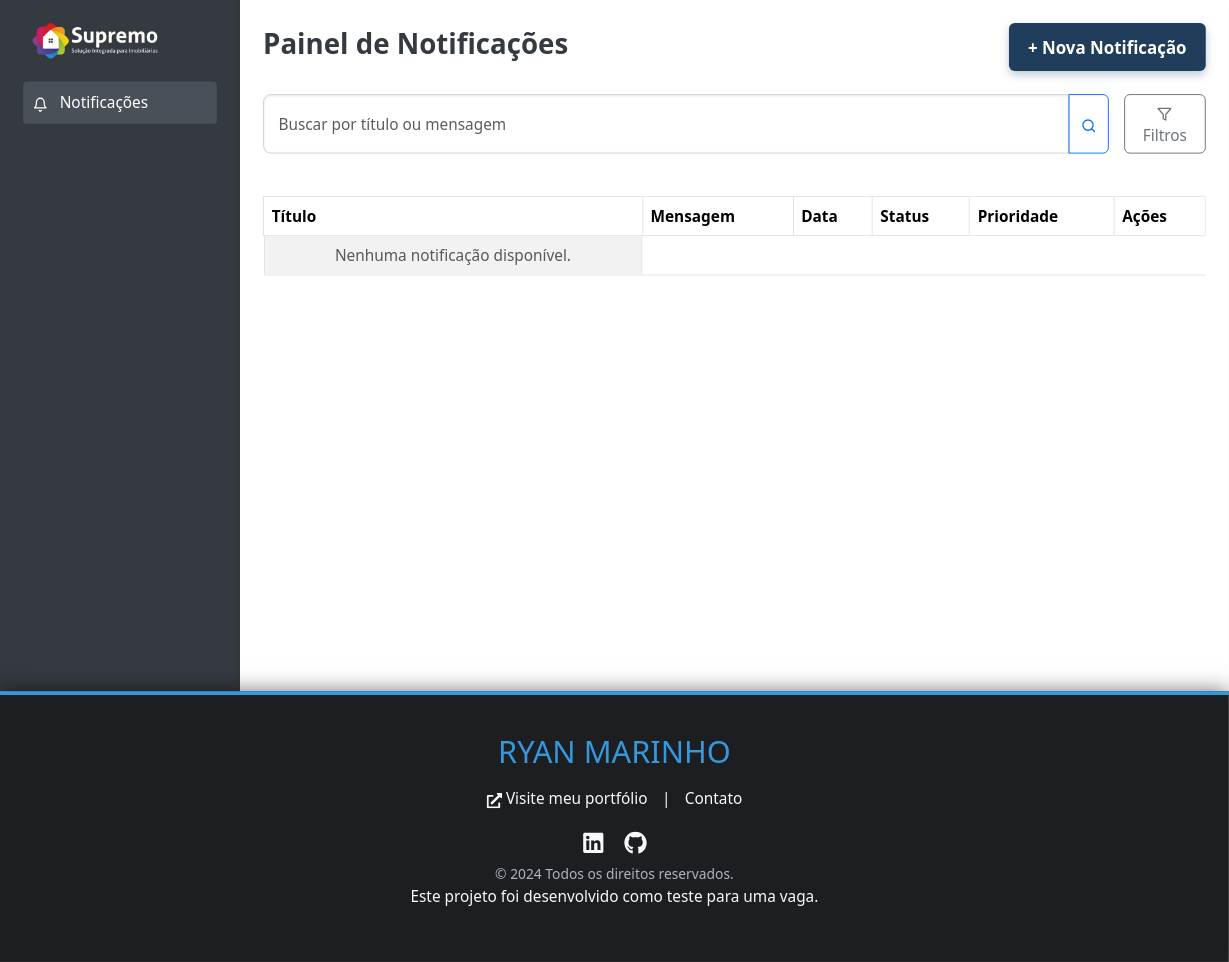
Repository: ryanmarinhodev/Supremo-teste-tecnico
Page: /notifications
An editor plug-in stored every save of this project. The page is shown before and after the next save, followed by the edit.
The browser window is 1280 px wide. The pictures show the whole page, at 96% of full size.
The project was rebuilt for these pictures with package versions that can differ from the ones it lists, and the page was loaded fresh each time. Also part of the build but not shown: src/App.css, src/Components/Login/index.jsx.

Above is the page before, as saved 2024-11-07 20:01:20.

### src/App.js
import { BrowserRouter, Routes, Route } from "react-router-dom";
import "./App.css";
import Login from "./Components/Login";
import NotificationsPage from "./Components/Notifications/homeNotification";

const App = () => {
  return (
    <BrowserRouter>
      <Routes>
        <Route path="/" element={<Login />} />
        <Route path="/notifications" element={<NotificationsPage />} />
      </Routes>
    </BrowserRouter>
  );
};

export default App;

### src/Components/Notifications/homeNotification.jsx
import React, { useState } from "react";
import Menu from "./menu";
import Buscar from "./buscar";
import TabelaNotificacoes from "./tabelaNotificacoes";
import ModalNotificacao from "./modalNotificacao";
import Footer from "./footer";
import "./notification.css";
import { Button } from "react-bootstrap";

const HomeNotification = () => {
  const [notifications, setNotifications] = useState([]);
  const [showModal, setShowModal] = useState(false);
  const [search, setSearch] = useState("");
  const [currentNotification, setCurrentNotification] = useState({
    id: null,
    title: "",
    message: "",
    date: "",
    status: "Não Lida",
    priority: "Normal",
  });

  const getCurrentDate = () => {
    const today = new Date();
    return today.toISOString().split("T")[0];
  };

  const openModal = (
    notification = {
      title: "",
      message: "",
      date: getCurrentDate(),
      status: "Não Lida",
      priority: "Normal",
    }
  ) => {
    setCurrentNotification(notification);
    setShowModal(true);
  };

  const closeModal = () => {
    setShowModal(false);
    setCurrentNotification({
      id: null,
      title: "",
      message: "",
      date: getCurrentDate(),
      status: "Não Lida",
      priority: "Normal",
    });
  };

  const handleChange = (e) => {
    const { name, value } = e.target;
    setCurrentNotification((prev) => ({ ...prev, [name]: value }));
  };

  const handleSubmit = () => {
    if (currentNotification.id) {
      setNotifications((prev) =>
        prev.map((notif) =>
          notif.id === currentNotification.id ? currentNotification : notif
        )
      );
    } else {
      setNotifications((prev) => [
        ...prev,
        { ...currentNotification, id: Date.now() },
      ]);
    }
    closeModal();
  };

  const handleDelete = (id) => {
    setNotifications((prev) => prev.filter((notif) => notif.id !== id));
  };

  const markAsRead = (id) => {
    setNotifications((prev) =>
      prev.map((notif) =>
        notif.id === id ? { ...notif, status: "Lida" } : notif
      )
    );
  };

  const filteredNotifications = notifications.filter(
    (notif) =>
      notif.title.toLowerCase().includes(search.toLowerCase()) ||
      notif.message.toLowerCase().includes(search.toLowerCase())
  );
  return (
    <>
      <div className="dashboard-container d-flex">
        <Menu />
        <div className="content flex-grow-1 p-4">
          <header className="d-flex justify-content-between align-items-center mb-4">
            <h2 className="page-title">Painel de Notificações</h2>
            <Button variant="primary" onClick={() => openModal()}>
              + Nova Notificação
            </Button>
          </header>

          <Buscar search={search} setSearch={setSearch} />

          <TabelaNotificacoes
            notifications={filteredNotifications}
            openModal={openModal}
            handleDelete={handleDelete}
            markAsRead={markAsRead}
          />

          <ModalNotificacao
            showModal={showModal}
            closeModal={closeModal}
            currentNotification={currentNotification}
            handleChange={handleChange}
            handleSubmit={handleSubmit}
          />
        </div>
      </div>
      <Footer />
    </>
  );
};

export default HomeNotification;

### src/Components/Login/styles.css
:root {
    --primary-color: #203d5c;
    --secondary-color: #adb5bd;
    --hover-color: #182533;
    --background-overlay: rgba(0, 0, 0, 0.4);
    --box-shadow: 0 4px 10px rgba(47, 84, 122, 0.3);
}

.login-container {
    background: url('https://wallpapers.com/images/hd/4k-architecture-yellow-glass-building-6d7nbmyltxlyxxv8.jpg') no-repeat center center;
    background-size: cover;
    min-height: 100vh;
    padding: 20px;
    display: flex;
    align-items: center;
    justify-content: center;
    position: relative;
}

.login-container::before {
    content: '';
    position: absolute;
    top: 0;
    left: 0;
    right: 0;
    bottom: 0;
    background: var(--background-overlay);
    z-index: 1;
}

.login-card {
    width: 100%;
    max-width: 600px;
    background-color: #ffff;
    border-radius: 12px;
    box-shadow: var(--box-shadow);
    border: 1px solid rgba(0, 0, 0, 0.05);
    transition: transform 0.3s ease, box-shadow 0.3s ease;
    position: relative;
    z-index: 2;
    padding: 40px;
    animation: fadeIn 0.6s ease;
    align-items: center;
    text-align: center;
}

.login-card:hover {
    transform: translateY(-5px);
    box-shadow: 0 15px 40px rgba(0, 0, 0, 0.3);
}


.logo {
    width: 100px;
    height: auto;
    margin-bottom: 20px;
}

.text-center {
    display: flex;
    flex-direction: column;
    align-items: center;
}

.login-title {
    font-size: 2rem;
    font-weight: 700;
    color: #000;
    margin-top: 10px;
    margin-bottom: 10px;
    font-family: 'Poppins', sans-serif;
}

.title-underline {
    width: 60px;
    height: 4px;
    background-color: #495f75;
    margin: 0 auto 20px auto;
    border-radius: 2px;
}

.subtitle {
    font-size: 1rem;
    color: #e0e0e0;
    text-align: center;
    margin-bottom: 30px;
    font-weight: 400;
}


.form-control {
    border-radius: 8px;
    padding: 15px;
    font-size: 1rem;
    border: 1px solid #ced4da;
    box-shadow: inset 0 1px 3px rgba(0, 0, 0, 0.1);
    transition: border-color 0.3s ease, box-shadow 0.3s ease;
}

.form-control:focus {
    border-color: var(--primary-color);
    box-shadow: 0 0 0 0.2rem rgba(89, 124, 161, 0.25);
}

/* Botão de login com estilo profissional */
.btn-primary {
    background-color: var(--primary-color);
    border: none;
    font-size: 1.1rem;
    font-weight: 600;
    padding: 12px 20px;
    border-radius: 6px;
    transition: background-color 0.3s ease, transform 0.2s ease;
    box-shadow: var(--box-shadow);
}

.btn-primary:hover {
    background-color: var(--hover-color);
    transform: scale(1.03);
}

/* Link "Esqueci a senha" com estilo sutil */
.text-secondary {
    color: var(--secondary-color) !important;
    font-size: 0.9rem;
}

.text-secondary:hover {
    color: #000 !important;
    text-decoration: underline;
}

/* Altera a cor de fundo e da borda do checkbox quando marcado */
.form-check-input:checked {
    background-color: var(--hover-color);
    border-color: var(--secondary-color);
}

.form-check-input:focus {
    box-shadow: none;
}

/* Efeito de transição suave ao aparecer o card */
@keyframes fadeIn {
    from {
        opacity: 0;
        transform: scale(0.9);
    }
    to {
        opacity: 1;
        transform: scale(1);
    }
}

@media (max-width: 768px) {
    .login-card {
        max-width: 90%;
        padding: 20px;
        border-radius: 8px;
    }

    .login-title {
        font-size: 1.5rem;
    }

    .subtitle {
        font-size: 0.9rem;
    }

    .logo {
        width: 80px;
    }

    .form-control {
        padding: 10px;
        font-size: 0.9rem;
    }

    .btn-primary {
        font-size: 1rem;
        padding: 10px;
    }

    .title-underline {
        width: 50px;
        height: 3px;
    }
}

### src/Components/Notifications/menu.jsx
import React from "react";
import { FiBell } from "react-icons/fi";
import Logo from "../../assets/logo-supremo-branco.png";

const Sidebar = () => (
  <aside className="sidebar p-4">
    <img src={Logo} alt="Logotipo Supremo" className="logo" />
    <ul className="nav flex-column mt-4">
      <li className="nav-item mb-2">
        <a href="/notifications" className="nav-link active">
          <FiBell className="me-2" /> Notificações
        </a>
      </li>
    </ul>
  </aside>
);

export default Sidebar;

### src/Components/Notifications/buscar.jsx
import React from "react";
import { InputGroup, FormControl, Button } from "react-bootstrap";
import { FiSearch, FiFilter } from "react-icons/fi";

const BarraBusca = ({ search, setSearch }) => (
  <div className="d-flex mb-4">
    <InputGroup className="me-2">
      <FormControl
        placeholder="Buscar por título ou mensagem"
        value={search}
        onChange={(e) => setSearch(e.target.value)}
      />
      <Button variant="outline-primary">
        <FiSearch />
      </Button>
    </InputGroup>
    <Button variant="outline-secondary" className="ms-2">
      <FiFilter /> Filtros
    </Button>
  </div>
);

export default BarraBusca;

### src/Components/Notifications/tabelaNotificacoes.jsx
import React from "react";
import { Table, Button, Badge } from "react-bootstrap";
import { FiEdit, FiTrash2, FiCheckCircle } from "react-icons/fi";

const TabelaNotificacoes = ({
  notifications,
  openModal,
  handleDelete,
  markAsRead,
}) => (
  <Table striped bordered hover responsive>
    <thead>
      <tr>
        <th>Título</th>
        <th>Mensagem</th>
        <th>Data</th>
        <th>Status</th>
        <th>Prioridade</th>
        <th>Ações</th>
      </tr>
    </thead>
    <tbody>
      {notifications.length > 0 ? (
        notifications.map((notification) => (
          <tr key={notification.id}>
            <td>{notification.title}</td>
            <td>{notification.message}</td>
            <td>{notification.date}</td>
            <td>
              <Badge
                bg={notification.status === "Não Lida" ? "warning" : "success"}
              >
                {notification.status}
              </Badge>
            </td>
            <td>
              <Badge bg={notification.priority === "Alta" ? "danger" : "info"}>
                {notification.priority}
              </Badge>
            </td>
            <td>
              <Button
                variant="outline-secondary"
                size="sm"
                className="me-2"
                onClick={() => openModal(notification)}
              >
                <FiEdit /> Editar
              </Button>
              <Button
                variant="outline-danger"
                size="sm"
                onClick={() => handleDelete(notification.id)}
              >
                <FiTrash2 /> Excluir
              </Button>
              {notification.status === "Não Lida" && (
                <Button
                  variant="outline-success"
                  size="sm"
                  className="ms-2"
                  onClick={() => markAsRead(notification.id)}
                >
                  <FiCheckCircle /> Marcar como Lida
                </Button>
              )}
            </td>
          </tr>
        ))
      ) : (
        <tr>
          <td colSpan="6" className="text-center text-muted">
            Nenhuma notificação disponível.
          </td>
        </tr>
      )}
    </tbody>
  </Table>
);

export default TabelaNotificacoes;

### src/Components/Notifications/modalNotificacao.jsx
import React from "react";
import { Modal, Button, Form } from "react-bootstrap";

const ModalNotificacao = ({
  showModal,
  closeModal,
  currentNotification,
  handleChange,
  handleSubmit,
}) => {
  return (
    <Modal show={showModal} onHide={closeModal}>
      <Modal.Header closeButton>
        <Modal.Title>
          {currentNotification.id
            ? "Editar Notificação"
            : "Cadastrar Notificação"}
        </Modal.Title>
      </Modal.Header>
      <Modal.Body>
        <Form>
          <Form.Group className="mb-3">
            <Form.Label>Título</Form.Label>
            <Form.Control
              type="text"
              placeholder="Título da Notificação"
              name="title"
              value={currentNotification.title}
              onChange={handleChange}
            />
          </Form.Group>
          <Form.Group className="mb-3">
            <Form.Label>Mensagem</Form.Label>
            <Form.Control
              as="textarea"
              rows={3}
              placeholder="Mensagem da Notificação"
              name="message"
              value={currentNotification.message}
              onChange={handleChange}
            />
          </Form.Group>
          <Form.Group className="mb-3">
            <Form.Label>Data de Envio</Form.Label>
            <Form.Control
              type="date"
              name="date"
              value={currentNotification.date}
              onChange={handleChange}
            />
          </Form.Group>
          <Form.Group className="mb-3">
            <Form.Label>Prioridade</Form.Label>
            <Form.Select
              name="priority"
              value={currentNotification.priority}
              onChange={handleChange}
            >
              <option value="Normal">Normal</option>
              <option value="Alta">Alta</option>
            </Form.Select>
          </Form.Group>
        </Form>
      </Modal.Body>
      <Modal.Footer>
        <Button variant="secondary" onClick={closeModal}>
          Cancelar
        </Button>
        <Button variant="primary" onClick={handleSubmit}>
          {currentNotification.id ? "Salvar Alterações" : "Cadastrar"}
        </Button>
      </Modal.Footer>
    </Modal>
  );
};

export default ModalNotificacao;

### src/Components/Notifications/footer.jsx
import React from "react";
import "./notification.css";
import { FaLinkedin, FaGithub, FaExternalLinkAlt } from "react-icons/fa";

const Footer = () => {
  const portfolioLink = "https://portfolio-ryann.netlify.app/";

  return (
    <footer className="footer">
      <div className="footer-content">
        <div className="footer-logo">
          <h2>Ryan Marinho</h2>
        </div>
        <nav className="footer-nav">
          <a href={portfolioLink} target="_blank" rel="noopener noreferrer">
            <FaExternalLinkAlt className="portfolio-icon" />{" "}
            {/* Ícone do link externo */}
            <span className="portfolio-text">Visite meu portfólio</span>
          </a>
          <span>|</span>
          <a href="/contato">Contato</a>
        </nav>
        <div className="footer-social">
          <a
            href="https://www.linkedin.com/in/ryan-marinho-861120211/"
            target="_blank"
            rel="noopener noreferrer"
          >
            <FaLinkedin size={24} />
          </a>
          <a
            href="https://github.com/ryanmarinhodev"
            target="_blank"
            rel="noopener noreferrer"
          >
            <FaGithub size={24} />
          </a>
        </div>
        <p className="footer-copy">
          &copy; {new Date().getFullYear()} Todos os direitos reservados.
        </p>
        <p className="footer-note">
          Este projeto foi desenvolvido como teste para uma vaga.{" "}
          {/* Nota sobre o projeto */}
        </p>
      </div>
    </footer>
  );
};

export default Footer;

### src/Components/Notifications/notification.css
.dashboard-container {
    display: flex;
    min-height: 100vh;
    background-color: #f8f9fa;
  }

  .sidebar {
    width: 250px;
    background-color: #343a40;
    color: #fff;
    height: 100vh;
  }

.logo {
    width: 130px;
    display: flex;
    margin-left: 10px;
}

  .sidebar h4 {
    font-size: 1.4rem;
    font-weight: bold;
    color: #fff;
  }

  .sidebar .nav-link {
    color: #ced4da;
    padding: 10px;
    font-weight: 500;
  }

  .sidebar .nav-link:hover,
  .sidebar .nav-link.active {
    background-color: #495057;
    color: #fff;
    border-radius: 4px;
  }

  .content {
    flex-grow: 1;
    padding: 20px 40px;
    background-color: #ffffff;
    box-shadow: 0px 0px 10px rgba(0, 0, 0, 0.1);
  }

  .page-title {
    font-size: 1.8rem;
    font-weight: bold;
    color: #343a40;
  }

  .table {
    margin-top: 20px;
  }

  button {
    transition: background-color 0.3s ease, box-shadow 0.2s ease;
  }

  button:hover {
    box-shadow: 0px 4px 8px rgba(0, 0, 0, 0.15);
  }


  /* Responsividade: Oculta a sidebar e ajusta o conteúdo em telas menores */
@media (max-width: 768px) {
  .sidebar {
    width: 100%;
    height: auto;
    transform: translateX(-100%);
    position: absolute;
    top: 0;
    left: 0;
  }

  .sidebar.active {
    transform: translateX(0);
  }

  .content {
    margin-left: 0;
    padding: 20px;
  }
}

/* Botão de alternância da sidebar */
.sidebar-toggle {
  display: none;
}

@media (max-width: 768px) {
  .sidebar-toggle {
    display: block;
    background-color: #343a40;
    color: #fff;
    position: fixed;
    top: 10px;
    left: 10px;
    z-index: 1100;
  }
}

.page-title {
  font-size: 1.8rem;
  font-weight: bold;
  color: #343a40;
}

/* Ajuste da fonte do título em telas pequenas */
@media (max-width: 768px) {
  .page-title {
    font-size: 1.5rem;
  }
}

/* Barra de busca e botão */
.button-container {
  display: flex;
  justify-content: space-between;
  align-items: center;
  margin-bottom: 20px;
}

/* Estilo para a tabela */
.table {
  margin-top: 20px;
}

button {
  transition: background-color 0.3s ease, box-shadow 0.2s ease;
}

button:hover {
  box-shadow: 0px 4px 8px rgba(0, 0, 0, 0.15);
}


@media (max-width: 768px) {
    .sidebar {
      width: 100%;
      height: auto;
      transform: translateX(-100%);
      position: absolute;
      top: 0;
      left: 0;
    }

    .sidebar.active {
      transform: translateX(0);
    }

    .content {
      margin-left: 0;
      padding: 20px;
    }
  }

  .sidebar-toggle {
    display: none;
  }

  @media (max-width: 768px) {
    .sidebar-toggle {
      display: block;
      background-color: #343a40;
      color: #fff;
      position: fixed;
      top: 10px;
      left: 10px;
      z-index: 1100;
    }
  }

  .page-title {
    font-size: 1.8rem;
    font-weight: bold;
    color: #343a40;
  }

  @media (max-width: 768px) {
    .page-title {
      font-size: 1.5rem;
    }
  }

  .button-container {
    display: flex;
    justify-content: space-between;
    align-items: center;
    margin-bottom: 20px;
  }

  /* Estilo para a tabela */
  .table {
    margin-top: 20px;
  }

  button {
    transition: background-color 0.3s ease, box-shadow 0.2s ease;
  }

  button:hover {
    box-shadow: 0px 4px 8px rgba(0, 0, 0, 0.15);
  }

  .footer {
    background-color: #1c1e22; /* Cor de fundo escura e elegante */
    color: #f8f9fa; /* Texto em cor clara para bom contraste */
    text-align: center; /* Centraliza o texto */
    padding: 40px 20px; /* Espaçamento em cima e embaixo */
    position: relative; /* Para posicionamento */
    bottom: 0; /* Fica fixo na parte inferior da página */
    width: 100%; /* Largura total */
    box-shadow: 0 -1px 20px rgba(0, 0, 0, 0.5); /* Sombra mais pronunciada */
    border-top: 4px solid #3498db; /* Linha superior mais grossa para um toque moderno */
}

.footer-content {
    max-width: 1200px; /* Limita a largura do conteúdo */
    margin: auto; /* Centraliza o conteúdo */
    display: flex; /* Usa Flexbox para layout */
    flex-direction: column; /* Coloca os itens em coluna */
    align-items: center; /* Centraliza os itens horizontalmente */
}

.footer-logo {
    font-size: 2em; /* Tamanho da fonte do logo aumentado */
    font-weight: bold; /* Negrito para destaque */
    margin-bottom: 10px; /* Espaçamento abaixo do logo */
    color: #3498db; /* Cor do logo */
    text-transform: uppercase; /* Para dar um toque mais moderno */
}

.footer-nav {
    margin-bottom: 10px; /* Espaçamento abaixo da nav */
}

.footer-nav a {
    color: #f8f9fa; /* Cor dos links */
    text-decoration: none; /* Remove sublinhado */
    margin: 0 15px; /* Espaçamento entre os links */
    transition: color 0.3s, transform 0.3s; /* Efeito de transição suave */
}

.footer-nav a:hover {
    color: #1abc9c; /* Cor ao passar o mouse */
    transform: scale(1.1); /* Efeito de aumento ao passar o mouse */
}

.footer-social {
    margin: 10px 0; /* Espaçamento para ícones sociais */
}

.footer-social a {
    color: #f8f9fa; /* Cor dos ícones */
    margin: 0 10px; /* Espaçamento entre os ícones */
    transition: color 0.3s; /* Efeito de transição suave */
}

.footer-social a:hover {
    color: #3498db; /* Cor ao passar o mouse nos ícones sociais */
}

.footer-copy {
    font-size: 0.9em; /* Tamanho da fonte menor para copyright */
    margin: 0; /* Remove margens */
    color: #adb5bd; /* Cor do texto de copyright mais suave */
}

Loaded but not shown: public/index.html (common file); src/index.js (common file); src/index.css (common file); src/reportWebVitals.js (common file)

After the next save:
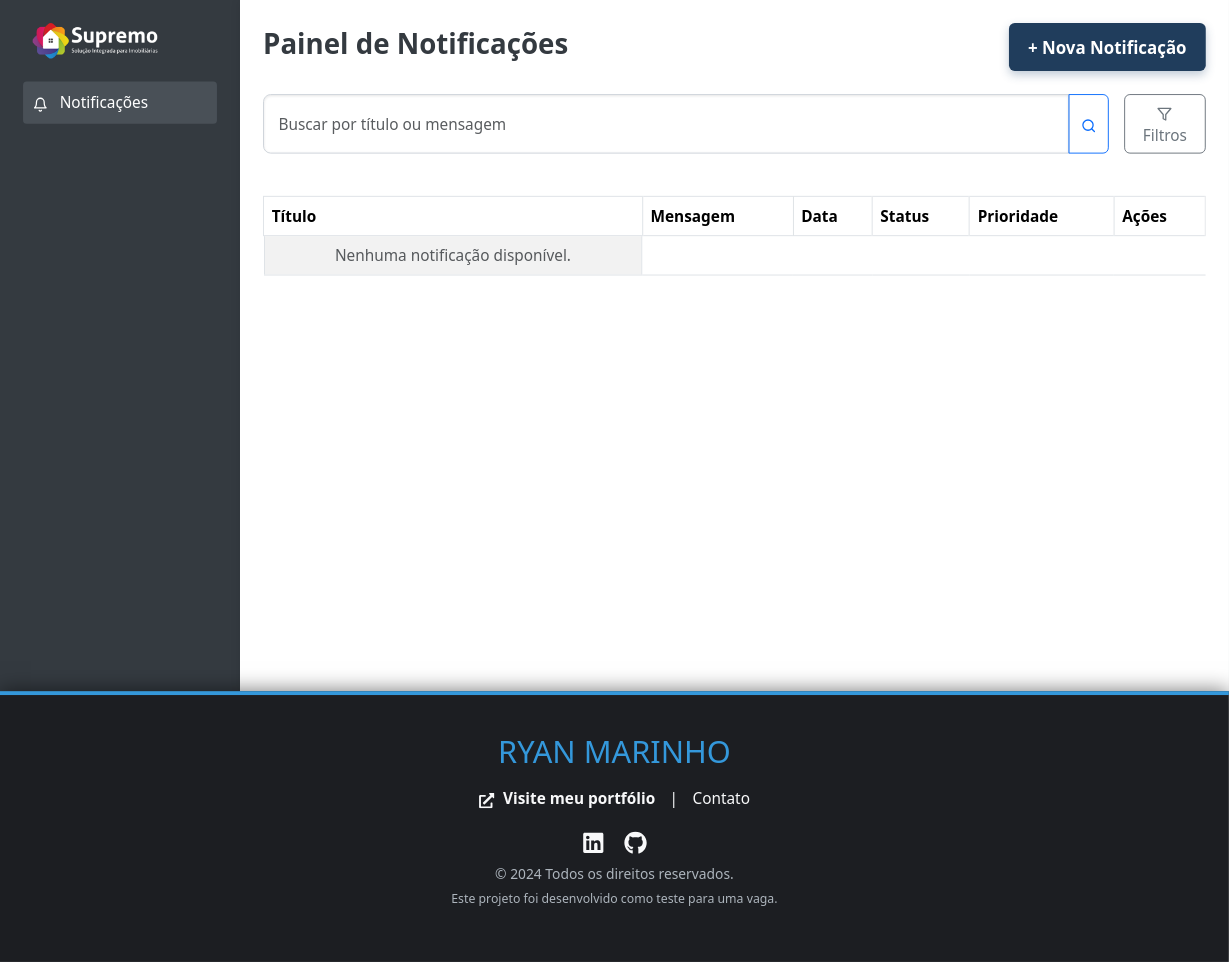
Saved 6 s later.
--- a/src/Components/Notifications/notification.css
+++ b/src/Components/Notifications/notification.css
@@ -243,8 +243,17 @@ button:hover {
 }
 
 .footer-nav a:hover {
-    color: #1abc9c; /* Cor ao passar o mouse */
+    color: #3498db; /* Cor ao passar o mouse */
     transform: scale(1.1); /* Efeito de aumento ao passar o mouse */
+}
+
+.portfolio-icon {
+    margin-right: 5px; /* Espaçamento à direita do ícone do portfólio */
+    vertical-align: middle; /* Alinha o ícone com o texto */
+}
+
+.portfolio-text {
+    font-weight: bold; /* Deixa o texto do portfólio em negrito */
 }
 
 .footer-social {
@@ -266,3 +275,9 @@ button:hover {
     margin: 0; /* Remove margens */
     color: #adb5bd; /* Cor do texto de copyright mais suave */
 }
+
+.footer-note {
+    font-size: 0.8em; /* Tamanho da fonte menor para nota do projeto */
+    color: #adb5bd; /* Cor da nota mais suave */
+    margin-top: 5px; /* Espaçamento acima da nota */
+}
